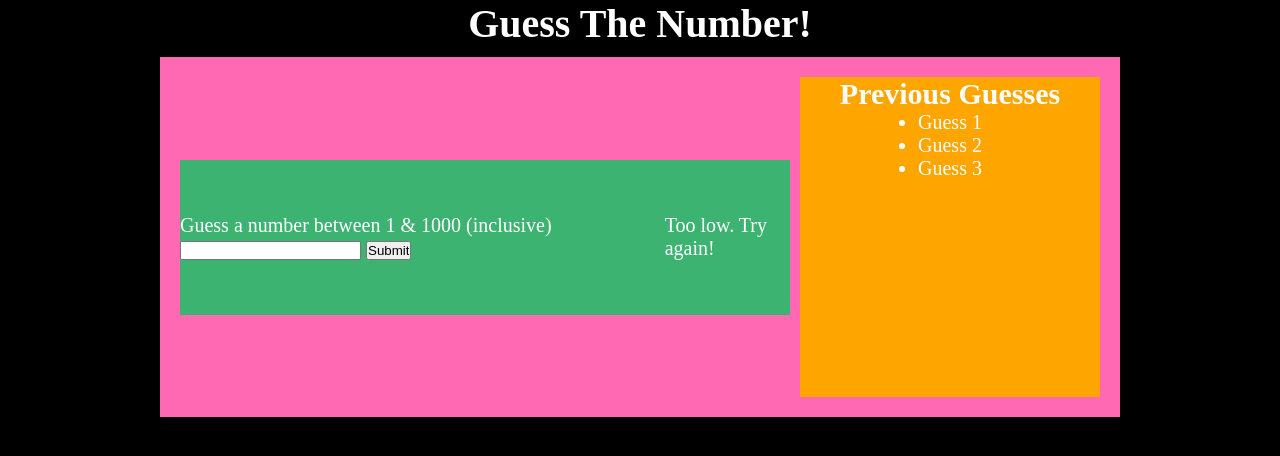
Repository: mlmEFSC21/P14-Guessing-Game
Page: guess.html
An editor plug-in stored every save of this project. The page is shown before and after the next save, followed by the edit.
The browser window is 1280 px wide. The pictures show the whole page.

Above is the page before, as saved 2022-03-17 12:40:01.

### guess.html
<!DOCTYPE html>
<html lang="en">
    <head>
        <meta charset="UTF-8" />
        <meta http-equiv="X-UA-Compatible" content="IE=edge" />
        <meta name="viewport" content="width=device-width, initial-scale=1.0" />
        <link rel="stylesheet" href="guess.css" />
        <script src="guess.js" defer></script>
        <title>Guessing Game</title>
    </head>
    <body>
        <header>
            <h1 class="pageTitle">Guess The Number!</h1>
        </header>
        <section>
            <div class="gameContainer" id="container">
                <div class="results" id="results">
                    <form action="#">
                        <label for="guessInput">Guess a number between 1 & 1000 (inclusive)</label>
                        <input type="text" name="guessInput" id="guessInput" />
                        <input type="button" id="submitBtn" value="Submit" />
                    </form>
                </div>
                <div class="trackGuesses" id="guessContainer">
                    <h2>Previous Guesses</h2>
                    <ul class="guesses" id="guessList">
                        <li>Guess 1</li>
                        <li>Guess 2</li>
                        <li>Guess 3</li>
                    </ul>
                </div>
            </div>
        </section>
    </body>
</html>

### guess.css
*,
*::after,
*::before {
    box-sizing: border-box;
    margin: 0;
    padding: 0;
}
body {
    background-color: black;
    color: white;
    font-size: 1.25rem;
}
.pageTitle {
    text-align: center;
}
.gameContainer {
    background-color: hotpink;
    display: grid;
    max-width: 960px;
    height: 50vh;
    margin: 10px auto;
    padding: 20px;
    grid-template-columns: repeat(3, 1fr);
    grid-template-rows: repeat(4, 1fr);
    grid-auto-rows: minmax(200px, auto);
    gap: 10px;
    align-items: start;
    justify-content: center;
}
.results {
    background-color: mediumseagreen;
    display: flex;
    grid-column: 1/3;
    grid-row: 2 / 4;
    height: 100%;
    justify-content: center;
    align-items: center;
}
.trackGuesses {
    background-color: orange;
    display: flex;
    flex-direction: column;
    height: 100%;
    grid-row: 1 / 5;
    align-items: center;
}

### guess.js
let randomNumber = Math.floor(Math.random() * 10 + 1);
let guesses = [];
const guessInput = document.getElementById("guessInput");
const currentGuess = Number(guessInput.value);
const resultsDiv = document.getElementById("results");
const submitButton = document.getElementById("submitBtn");
const p = document.createElement("p");

function checkGuess(guess, rng) {
    if (guess == rng) {
        p.innerText = "You won. Good job!";
        resultsDiv.append(p);
    }
    if (guess < rng) {
        guesses.push(currentGuess);
        p.innerText = "Too low. Try again!";
        resultsDiv.append(p);
    }
    if (guess > rng) {
        guesses.push(currentGuess);
        p.innerText = "Too high. Try again!";
        resultsDiv.append(p);
    }
}

submitButton.addEventListener("click", checkGuess(currentGuess, randomNumber));
//logging random number for debugging. DELETE LATER
console.log(randomNumber);
// console.log(guesses);
// console.log(currentGuess);

After the next save:
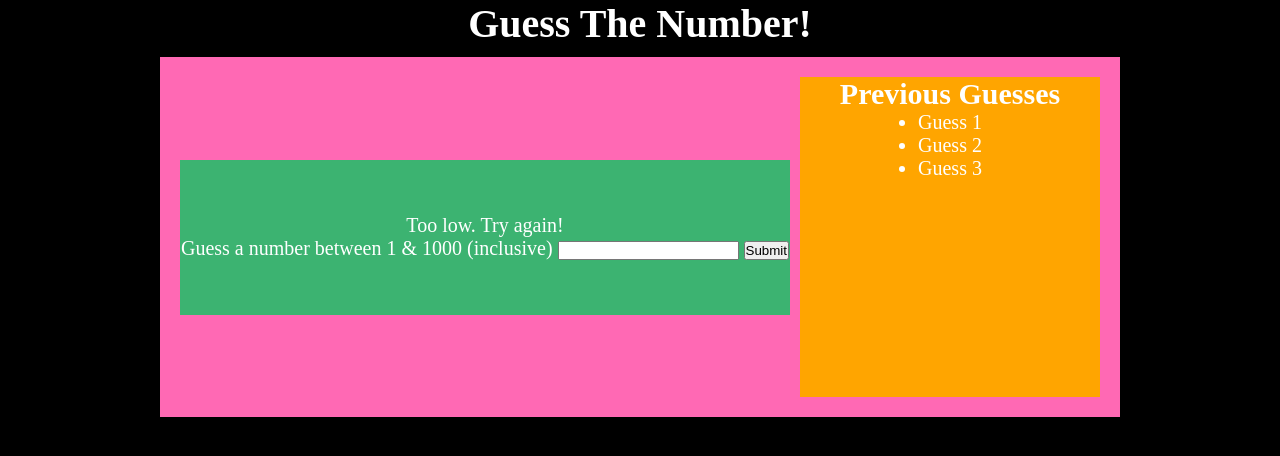
Saved 3 min 13 s later.
--- a/guess.css
+++ b/guess.css
@@ -30,6 +30,7 @@ body {
 .results {
     background-color: mediumseagreen;
     display: flex;
+    flex-direction: column-reverse;
     grid-column: 1/3;
     grid-row: 2 / 4;
     height: 100%;
